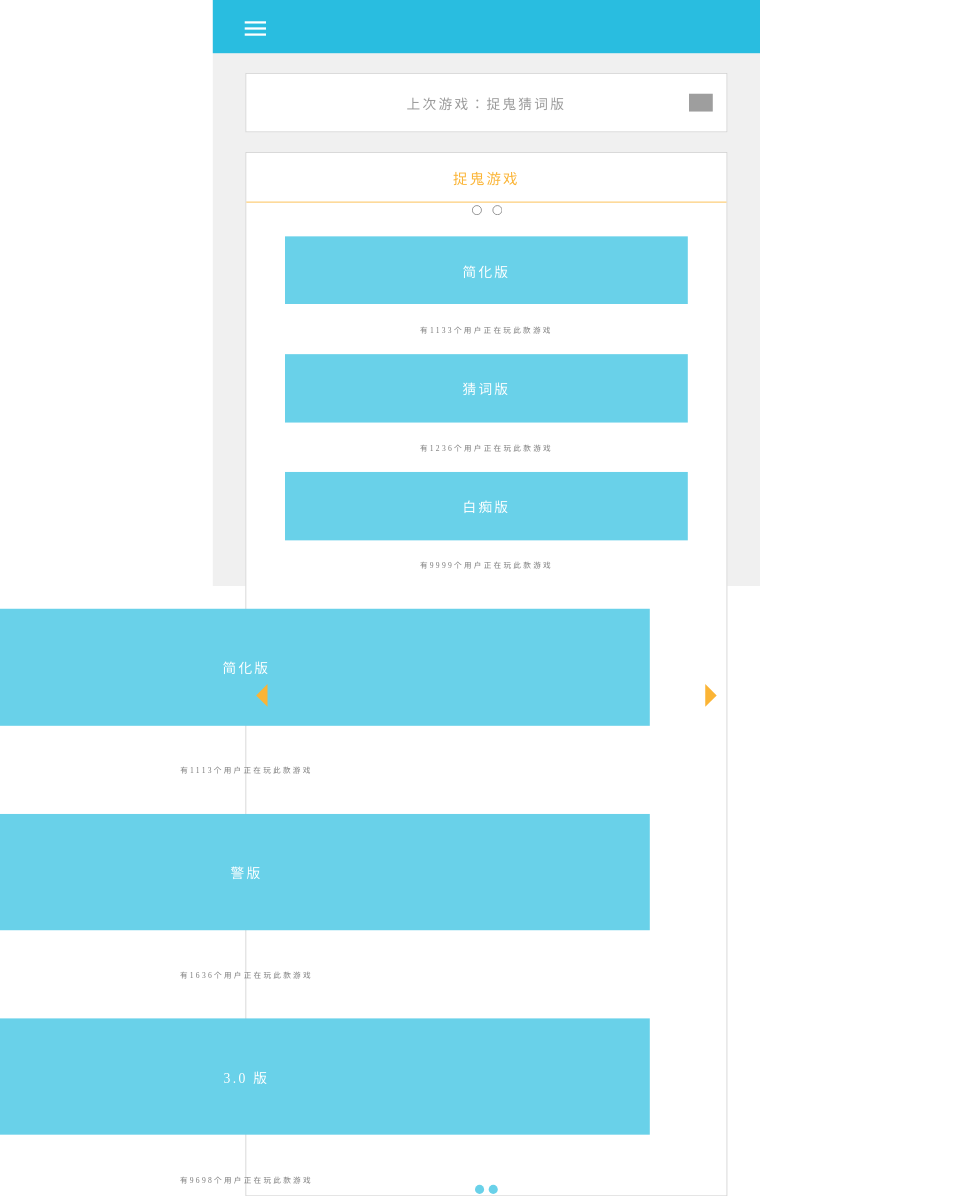
Repository: leozhangpd/My-Codes
Page: JS/two-project/home_page.html
These files come from the project's save history. The page is drawn as it stood at one moment and after a run of saves; the edit follows.
The browser window is 1280 px wide. The pictures show the whole page, at 76% of full size.
Pictures or frames that could not be fetched are drawn as grey boxes.

Above is the page before, as saved 2020-11-06 15:58:37.

### JS/two-project/home_page.html
<!DOCTYPE html>
<html lang="en">
<head>
    <meta charset="UTF-8">
    <meta name="viewport" content="width=device-width,initial-scale=1.0,maximum-scale=1.0,user-scalable=0" />
    <link rel="stylesheet" href="css/home_page.css" type="text/css" >
    <title>版本选择</title>
</head>
<body>
    <header>
        <button>
            <div></div>
            <div></div>
            <div></div>
        </button>
    </header>
    <main>
        <div class="review">
            <span>上次游戏：捉鬼猜词版</span>
        </div>
        <div class="content">
            <div class="title">
                <span>捉鬼游戏</span>
            </div>
            <input type="radio" name="change" id="change-1"/>
            <input type="radio" name="change" id="change-2"/>
            <ul class="list" id="out">
                <li><a href="#" id="in">简化版</a></li>
                <li>有1133个用户正在玩此款游戏</li>
                <li><a href="#">猜词版</a></li>
                <li>有1236个用户正在玩此款游戏</li>
                <li><a href="#">白痴版</a></li>
                <li>有9999个用户正在玩此款游戏</li>
            </ul>
            <ul class="list" id="out-2">
                <li><a href="#" id="in-2">简化版</a></li>
                <li>有1113个用户正在玩此款游戏</li>
                <li><a href="#">警版</a></li>
                <li>有1636个用户正在玩此款游戏</li>
                <li><a href="#">3.0 版</a></li>
                <li>有9698个用户正在玩此款游戏</li>
            </ul>
            <div class="page">
                <label for="change-1"></label>
                <label for="change-2"></label>
            </div>
            <div class="arrow">
                 <label for="change-1"></label>
                 <label for="change-2"></label>
            </div>
        </div>
    </main>
</body>
</html>

### JS/two-project/css/home_page.css
ul{list-style-type: none;margin: 0;padding: 0;}
button{outline: none;border:none;}
a:link,a:visited,a:hover,a:active {text-decoration:none;color: #fff;}
html{
    font-size: 62.5%;
    background: #fff;
    height: 100vh;
}
body{
    height: 100%;
    margin:0 auto;
    padding-bottom: 4%;
    max-width: 720px;
    min-width: 320px;
    background: #f0f0f0;
}
header{
    padding: 3% 5%;
    background-color: #29bde0;
}
header>button{
    width: 4rem;;
    background-color: rgba(0, 0, 0, 0);
}
header>button div{
    margin-top: .5rem;
    height: .3rem;
    background-color: #fff;
}
main{
    margin:0 6%;
    width:88%;
}
.review{
    padding:4% 0;
    background: url("../images/home_page-2.png") no-repeat 97% 50%/5%;
}
.review>span{/*review__content*/
    font-size: 18px;
    color: #9a9a9a;
}
.review,.content{
    background-color: #ffffff;
    margin-top: 4%;
    text-align: center;
    border: 1px double #cecece;
    letter-spacing: 3px;
}
.content{
    position: relative;
}
.title{/*content__title*/
    padding:3% 0;
    font-size: 19px;
    color: #fbb435;
    border-bottom: 0.2rem solid #fdd793;
}
.list{display: ;}
.list>li{/*content__option*/
    margin: 4% 8% 0 8%;
}
.list>li:nth-child(odd){/*option__btn*/
    background: #69d1e9;
    font-size: 18px;
    color: #fff;
}
.list>li:nth-child(odd)>a{
    display: block;
    padding:6% 0;
}
.list>li:nth-child(even){/*option__hint*/
    color: #787878;
}
#out-2{margin-left: -100%;}
/* input{display: none;} */
.page>label{/*page__dot*/
    display: inline-block;
    padding-top: 12px;
    width:12px;
    background: #69d1e9;
    border-radius: 50%;
    transition: all .2s;
}
.page>label:hover{
    background: #2e2bda;
}
.arrow>label{
    position: absolute;
    top: 51%;
    border-style:solid;
}
.arrow>label:nth-child(1){
    left: 2%;
    border-width:15px 15px 15px 0;
    border-color:transparent #fbb435 transparent transparent;/*透明 透明 透明 橘*/
}
.arrow>label:nth-child(2){
    right: 2%;
    border-width:15px 0 15px 15px;
    border-color:transparent transparent transparent #fbb435;/*透明 透明 透明 橘*/
}

After the next 2 saves:
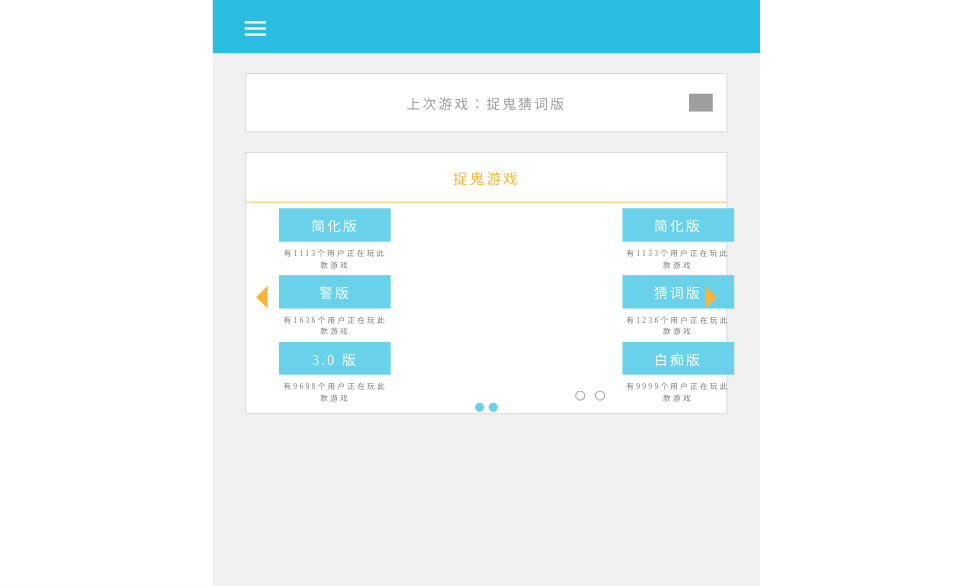
The 2 saves are shown as one change because they came seconds apart.
The last was saved 7 s later.
--- a/JS/two-project/css/home_page.css
+++ b/JS/two-project/css/home_page.css
@@ -55,7 +55,7 @@ main{
     color: #fbb435;
     border-bottom: 0.2rem solid #fdd793;
 }
-.list{display: ;}
+.list{display: inline-block;}
 .list>li{/*content__option*/
     margin: 4% 8% 0 8%;
 }
